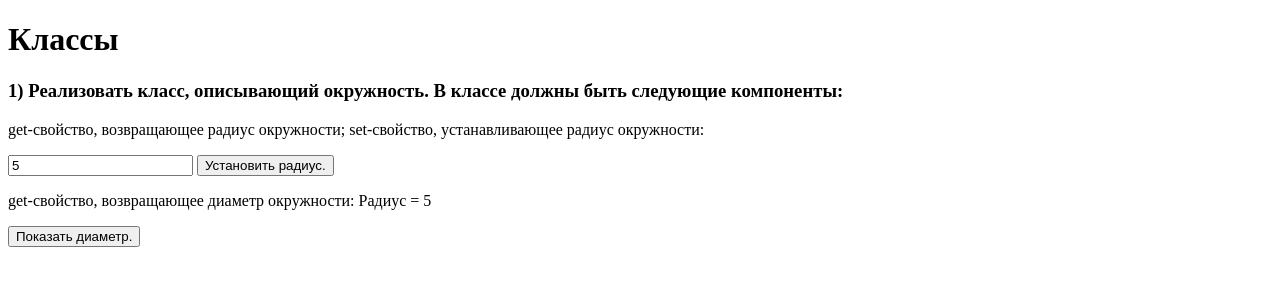
Repository: NastyaGavrilova/Beetroot-js
Page: HW6/index.html
An editor plug-in stored every save of this project. The page is shown before and after the next save, followed by the edit.
The browser window is 1280 px wide. The pictures show the whole page.
Empty fields were first filled with sample values (such as "Sample", 5 or name@example.com).
After loading, the first visible `#js-task1-btn1` was clicked once.

Above is the page before, as saved 2021-10-24 17:39:26.

After the next save:
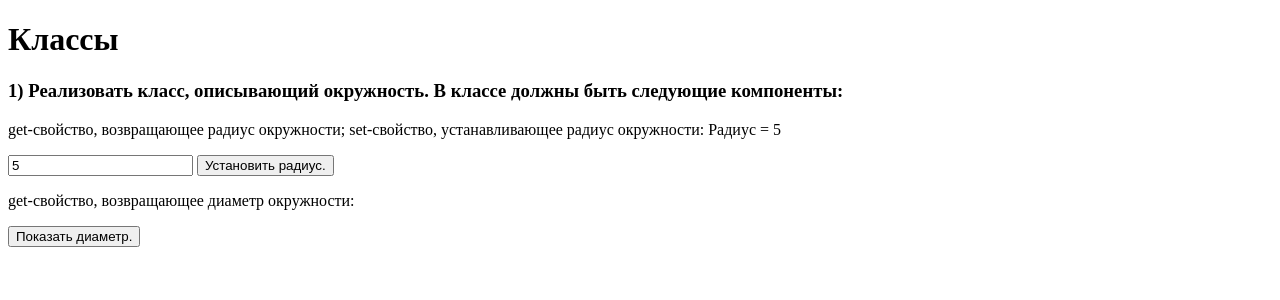
Saved 56 s later.
--- a/HW6/js/circle.js
+++ b/HW6/js/circle.js
@@ -29,7 +29,7 @@ let circle = new Circle();
 let setRadius = document.getElementById("js-task1-btn1");
 setRadius.addEventListener("click", (e) => {
   e.preventDefault();
-  let result = document.getElementById("js-task1-span2");
+  let result = document.getElementById("js-task1-span1");
   let setR = document.getElementById("js-task1-input1");
   circle.showRadius = +setR.value;
   return (result.innerHTML = circle.showRadius);
